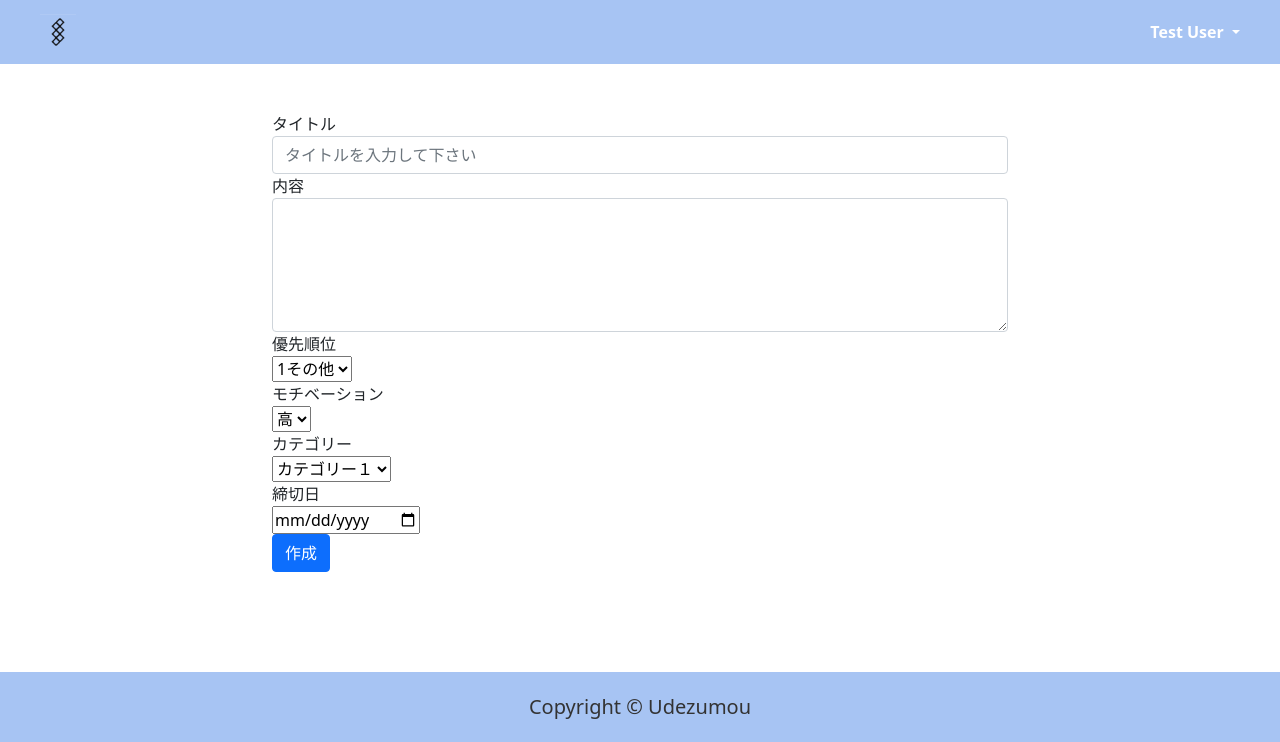
Repository: Kongbu0217/79Udezumou
Page: http://localhost/posts/create
An editor plug-in stored every save of this project. The page is shown before and after the next save, followed by the edit.
The browser window is 1280 px wide. The pictures show the whole page.
Some web libraries are served in a nearby version. The page is served by the project's Laravel application, run on PHP 8.4 with Laravel 10. A made-up administrator, Test User (test@example.com), is signed in.

Above is the page before, as saved 2024-12-18 16:29:50.

After the next save:
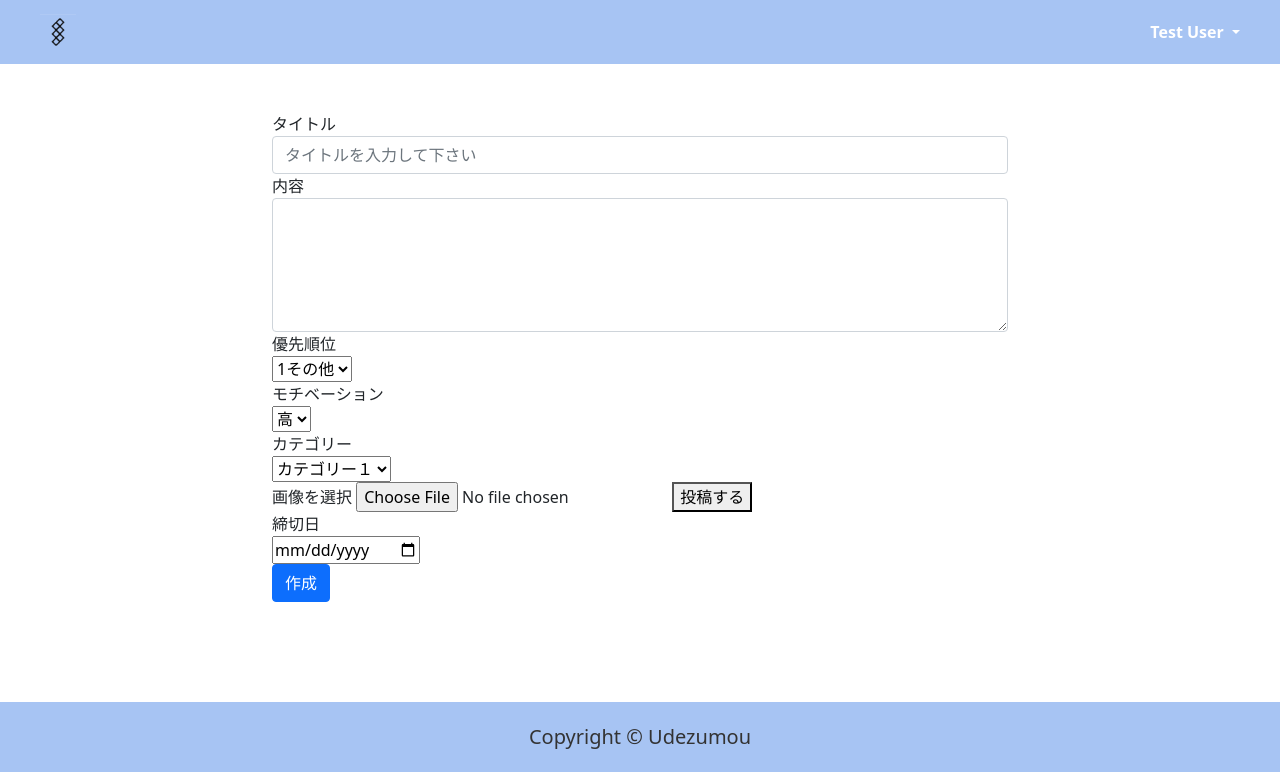
Saved 7 s later.
--- a/resources/views/posts/create.blade.php
+++ b/resources/views/posts/create.blade.php
@@ -39,7 +39,12 @@
                         <option value="third">カテゴリー３</option>
                     </select>
                 </div>
-
+                <form action="{{ route('posts.store') }}" method="POST" enctype="multipart/form-data">
+                    @csrf
+                    <label for="image">画像を選択</label>
+                    <input type="file" name="image" id="image">
+                    <button type="submit">投稿する</button>
+                </form>
                 <div>
                     <label>締切日</label><br>
                     <input type="date" name="cob">
